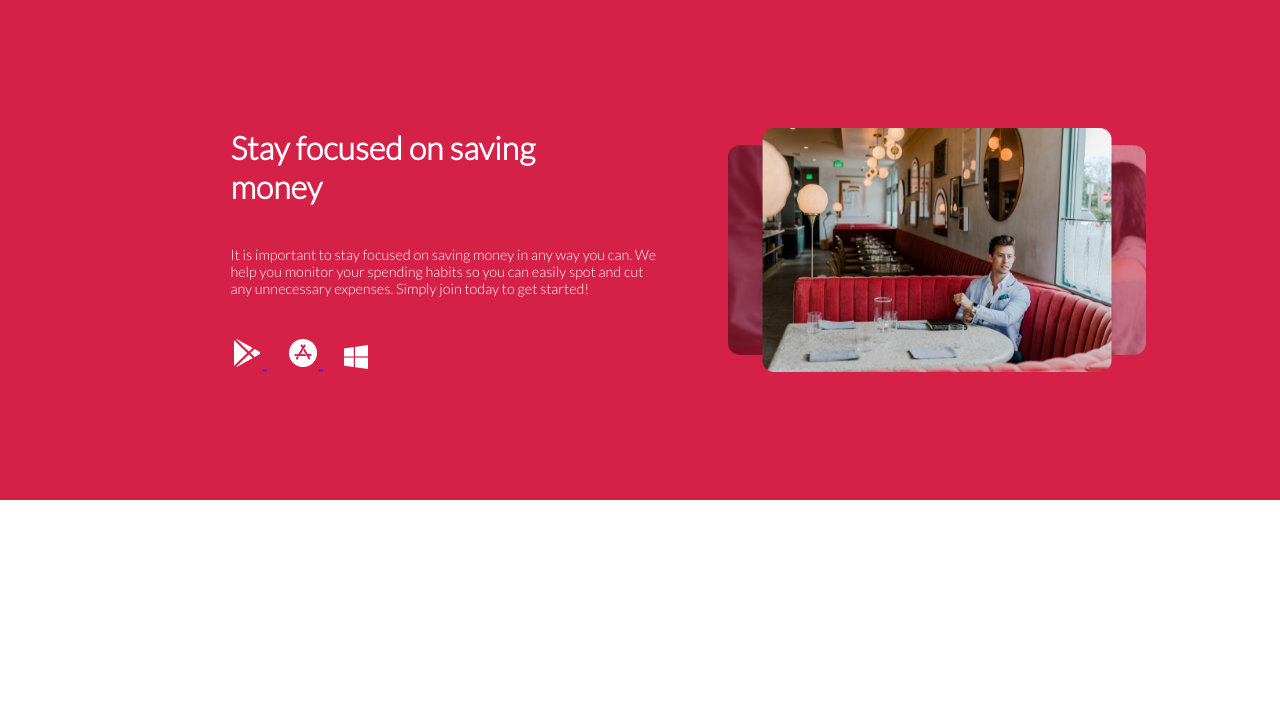
Repository: batonAnton/Cursor_lecture4
Page: index.html
An editor plug-in stored every save of this project. The page is shown before and after the next save, followed by the edit.
The browser window is 1280 px wide. The pictures show the whole page.

Above is the page before, as saved 2022-06-08 14:44:15.

After the next save:
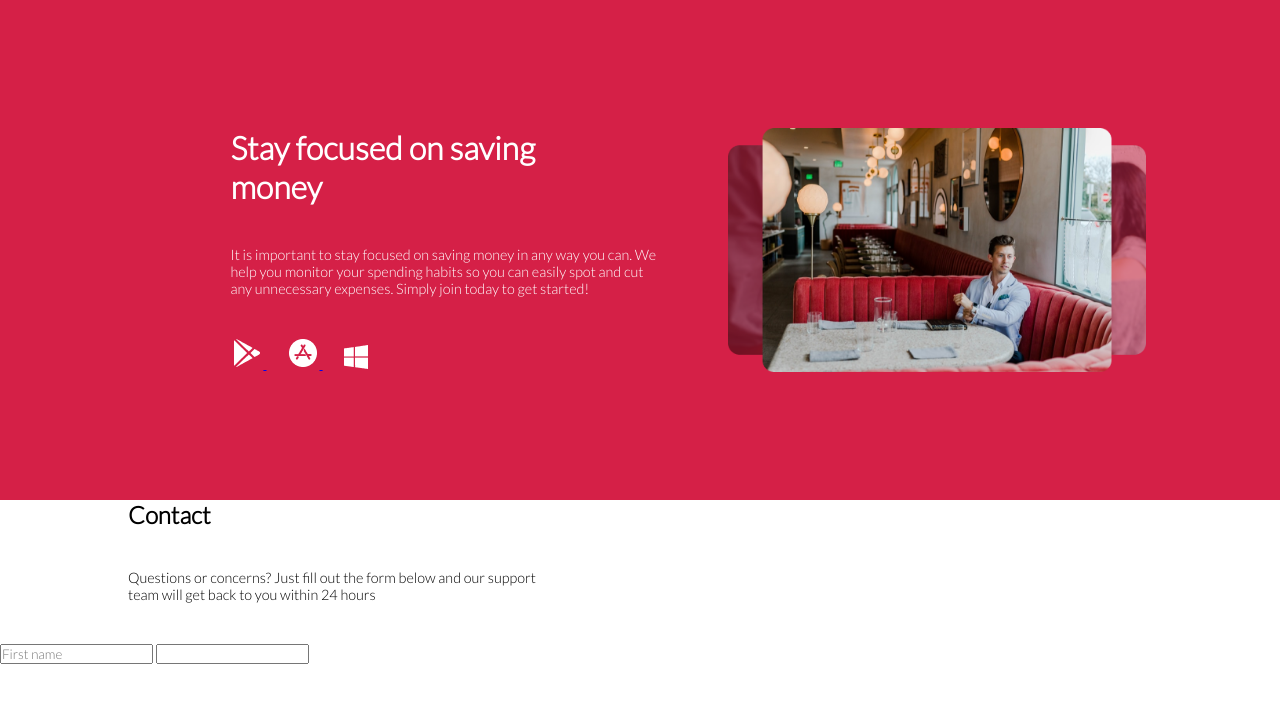
Saved 3 min 28 s later.
--- a/index.html
+++ b/index.html
@@ -31,5 +31,19 @@
 
         <div class="big_img"></div>
     </header>
+
+    <section>
+        <div class="info-box">
+            <h1>Contact</h1>
+            <p>Questions or concerns? Just fill out the form below and our support <br> team will get back to you within 24 hours</p>
+        </div>
+
+        <div class="input-fields">
+            <form>
+                <input type="text" id="fname" placeholder="First name" name="fname">
+                <input type="text" id="lname" name="lname">
+              </form>
+        </div>
+    </section>
 </body>
 </html>
